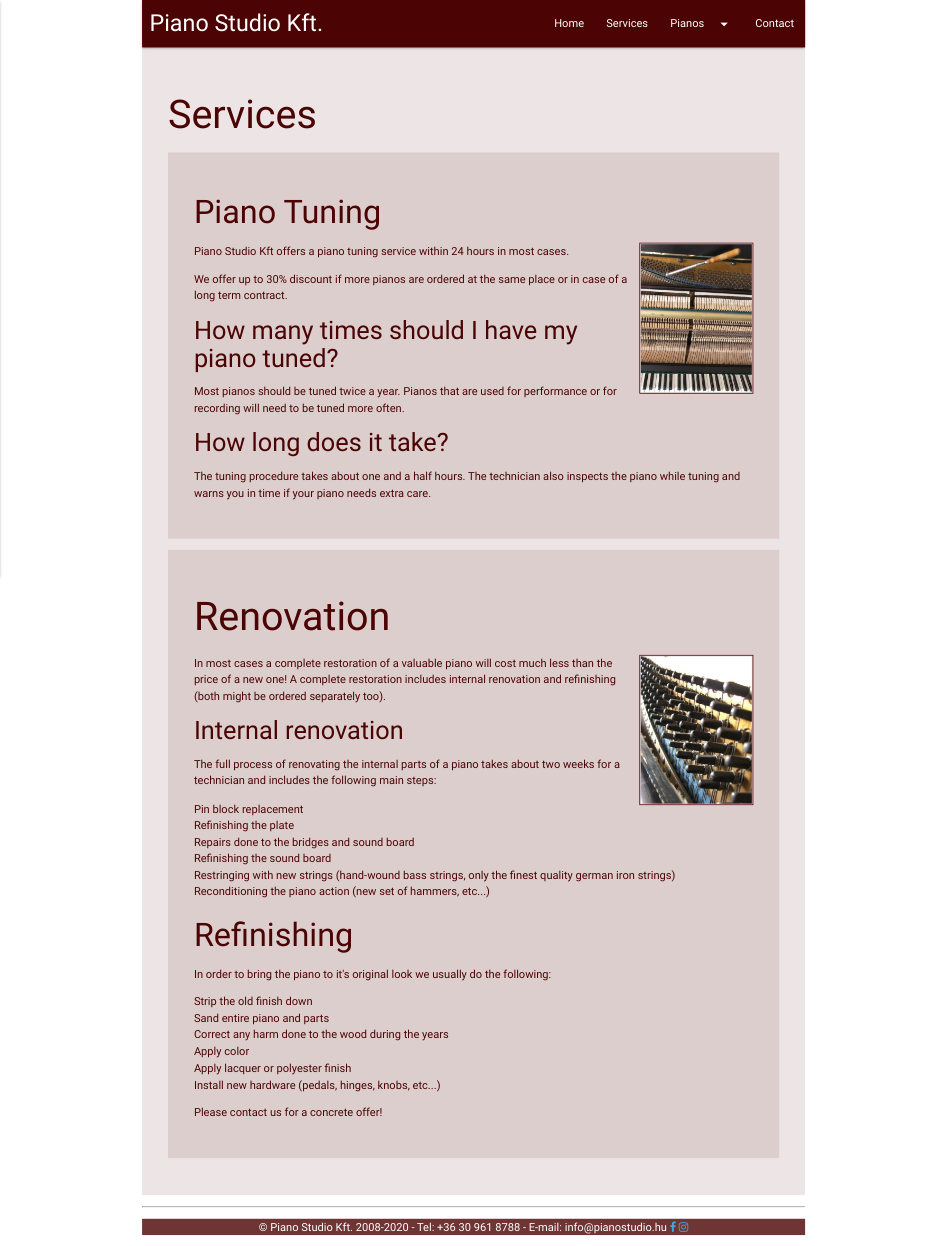
Repository: badiattila/pianostudioheroku
Page: http://localhost/services
The author's editor kept a record of every edit. The page is drawn from the files as they stood at one moment, then again after the next edit.
The browser window is 1280 px wide. The pictures show the whole page, at 74% of full size.
Some web libraries are served in a nearby version. The page is served by the project's application, run on Flask 3 (app.py).

Above is the page before.

### templates/services.html
{% extends 'base.html' %} {% block content %}

<!-- Services -->
<div class="op" id="services">
    <h2>Services</h2>
    <p></p>

    <div>
        <div class="op" id="tuning">
            <h3>Piano Tuning</h3>
            <img class="right-teaser" src="{{url_for('static', filename='pictures/hangolas.jpg')}}" alt="Piano Tuning" />
            <p>Piano Studio Kft offers a piano tuning service within 24 hours in most cases.</p>

            <p>We offer up to 30% discount if more pianos are ordered at the same place or in case of a long term contract.</p>

            <h4>How many times should I have my piano tuned?</h4>
            <p>Most pianos should be tuned twice a year. Pianos that are used for performance or for recording will need to be tuned more often.</p>

            <h4>How long does it take?</h4>
            <p>The tuning procedure takes about one and a half hours. The technician also inspects the piano while tuning and warns you in time if your piano needs extra care.</p>
        </div>
        <div class="op" id="renovation">
            <h2>Renovation</h2>
            <img class="right-teaser" src="{{url_for('static', filename='pictures/pins.jpg')}}" alt="Piano Pins" />
            <p>In most cases a complete restoration of a valuable piano will cost much less than the price of a new one! A complete restoration includes internal renovation and refinishing (both might be ordered separately too).</p>

            <h4>Internal renovation</h4>
            <p>The full process of renovating the internal parts of a piano takes about two weeks for a technician and includes the following main steps:</p>
            <ul>
                <li>Pin block replacement</li>
                <li>Refinishing the plate</li>
                <li>Repairs done to the bridges and sound board</li>
                <li>Refinishing the sound board</li>
                <li>Restringing with new strings (hand-wound bass strings, only the finest quality german iron strings)</li>
                <li>Reconditioning the piano action (new set of hammers, etc...)</li>
            </ul>
            <h3>Refinishing</h3>
            <p>In order to bring the piano to it's original look we usually do the following:</p>
            <ul>
                <li>Strip the old finish down</li>
                <li>Sand entire piano and parts</li>
                <li>Correct any harm done to the wood during the years</li>
                <li>Apply color</li>
                <li>Apply lacquer or polyester finish</li>
                <li>Install new hardware (pedals, hinges, knobs, etc...)</li>
            </ul>
            <p>Please contact us for a concrete offer!</p>
        </div>
    </div>
</div>
<hr> {% endblock %}

### templates/base.html
<!DOCTYPE html>

<html lang="en">

<head>

    <!-- Meta tags -->
    <meta charset="utf-8">
    <!-- Font awsome -->
    <link rel="stylesheet" href="https://maxcdn.bootstrapcdn.com/font-awesome/4.7.0/css/font-awesome.min.css" type="text/css" />
    <!-- Hover -->
    <link rel="stylesheet" href="https://cdnjs.cloudflare.com/ajax/libs/hover.css/2.1.1/css/hover-min.css" type="text/css" />
    <!-- Material icons by Google -->
    <link href="https://fonts.googleapis.com/icon?family=Material+Icons" rel="stylesheet">
    <!-- Compiled and minified materialize CSS -->
    <link rel="stylesheet" href="https://cdnjs.cloudflare.com/ajax/libs/materialize/0.100.2/css/materialize.min.css">
    <!-- Specific Css for this website -->
    <link rel="stylesheet" href="{{url_for('static', filename='css/style.css')}}" type="text/css" />

    <title>Piano Studio Kft. - Services - </title>
    <link href="{{url_for('static', filename='pictures/favicon.ico')}}" rel="shortcut icon" type="image/x-icon" />
    <meta name="description" content="Piano rental, tuning and repair - Piano Studio Kft." />
    <meta name="keywords" content="Piano rental,piano tuning,piano repair,piano studio" />
    <meta name="copyright" content="Piano Studio Kft." />
    <meta name="author" content="Attila Badi/Piano Studio Kft." />
    <meta name="email" content="info@pianostudio.hu" /> {% block head %} {% endblock %}


</head>

<body>
    <div class="container">
        <header>
            <ul id="dropdown2" class="dropdown-content">
                <li><a href="{{url_for('pianos_for_sale')}}">Sale</a></li>
                <li><a href="{{url_for('createadd')}}">Create Add</a></li>
            </ul>
            <nav>
                <div class="nav-wrapper redbg">
                    <a href="{{url_for('index')}}" class="brand-logo">Piano Studio Kft.</a>
                    <a href="#" data-activates="mobile-demo" class="button-collapse"><i class="material-icons">menu</i></a>
                    <ul id="nav-mobile" class="right hide-on-med-and-down">
                        <li><a href="{{url_for('index')}}">Home</a></li>
                        <li><a href="{{url_for('services')}}">Services</a></li>
                        <!-- Dropdown Trigger -->
                        <li><a class="dropdown-trigger" href="#!" data-target="dropdown2">Pianos<i class="material-icons right">arrow_drop_down</i></a></li>

                        <li><a href="{{url_for('contact')}}">Contact</a></li>
                    </ul>
                    <ul class="side-nav" id="mobile-demo">
                        <li><a href="{{url_for('index')}}">Home</a></li>
                        <li><a href="{{url_for('services')}}">Services</a></li>
                        <li><a href="{{url_for('pianos_for_sale')}}">Sale</a></li>
                        <li><a href="{{url_for('createadd')}}">Create Add</a></li>
                        <li><a href="{{url_for('contact')}}">Contact</a></li>
                    </ul>
                </div>
            </nav>

        </header>
        {% block content %} {% endblock %}

        <footer class="footer redbg">
            <p>&copy; Piano Studio Kft. 2008-2020 - Tel: +36 30 961 8788 - E-mail: info@pianostudio.hu
                <a target="_blank" href="https://www.facebook.com/zongoraterem"><i class="fa fa-facebook" aria-hidden="true"></i></a>
                <a target="_blank" href="https://www.instagram.com/pianostudiokft"><i class="fa fa-instagram" aria-hidden="true"></i></a>
            </p>
        </footer>
    </div>

    <script src="https://code.jquery.com/jquery-3.4.1.min.js" integrity="sha256-CSXorXvZcTkaix6Yvo6HppcZGetbYMGWSFlBw8HfCJo=" crossorigin="anonymous"></script>
    <script src="https://cdnjs.cloudflare.com/ajax/libs/materialize/0.100.2/js/materialize.min.js"></script>

    <script>
        $(document).ready(function() {
            $('.modal').modal();
            $('.dropdown-trigger').dropdown();
            $('.collapsible').collapsible();
            $('select').material_select();
            $('.button-collapse').sideNav();
        });
    </script>

</body>

</html>

### app.py
import os
from flask import Flask, render_template, redirect, request, url_for
from flask_pymongo import PyMongo
from bson.objectid import ObjectId
from flask_mail import Mail, Message

app = Flask(__name__)

app.config["MONGO_DBNAME"] = 'piano_studio'
app.config["MONGO_URI"] = 'mongodb://attilabadi:K00nK00n1234@mycodeinstitutecluster-shard-00-00-wpsfr.mongodb.net:27017,mycodeinstitutecluster-shard-00-01-wpsfr.mongodb.net:27017,mycodeinstitutecluster-shard-00-02-wpsfr.mongodb.net:27017/piano_studio?ssl=true&replicaSet=MyCodeInstituteCluster-shard-0&authSource=admin&retryWrites=true&w=majority'
mongo = PyMongo(app)

app.config.update(
	DEBUG=True,
	#EMAIL SETTINGS
	MAIL_SERVER='mail.pianostudio.hu',
	MAIL_PORT=465,
	MAIL_USE_SSL=True,
	MAIL_USERNAME = 'contact@pianostudio.hu',
	MAIL_PASSWORD = os.environ.get('SMTPPW')
	)
mail = Mail(app)

@app.route('/')
@app.route('/index')
def index():
        return render_template("index.html")

@app.route('/contact')
def contact():
        return render_template("contact.html")

@app.route('/services')
def services():
        return render_template("services.html")

@app.route('/pianos_for_sale')
def pianos_for_sale():
        return render_template("pianos_for_sale.html", pianos=mongo.db.pianos_4_sale.find(), images=mongo.db.pianos_4_sale.find())

@app.route('/createadd')
def createadd():
        return render_template("create_add.html")

@app.route('/insert_add', methods=['POST'])
def insert_add():
        file_id = mongo.save_file(request.files['picture'].filename, request.files['picture'])
        mongo.db.pianos_4_sale.insert({
            'brand': request.form.get('brand') ,
            'description' : request.form.get('description') ,
            'age' : request.form.get('age') ,
            'price' : request.form.get('price') ,
            'file_name' : request.files['picture'].filename})
        return redirect(url_for('pianos_for_sale'))

@app.route('/file/<file_name>')
def file(file_name):
    return mongo.send_file(file_name)

@app.route('/delete_piano/<piano_id>')
def delete_piano(piano_id):
    mongo.db.pianos_4_sale.remove({'_id': ObjectId(piano_id)})
    return redirect(url_for('pianos_for_sale'))

@app.route('/edit_piano/<piano_id>')
def edit_piano(piano_id):
    return render_template('edit_piano.html', piano=mongo.db.pianos_4_sale.find_one({"_id": ObjectId(piano_id)}))


@app.route('/update_piano/<piano_id>', methods=['POST'])
def update_piano(piano_id):
    file_id = mongo.save_file(request.files['picture'].filename, request.files['picture'])
    mongo.db.pianos_4_sale.update( {'_id': ObjectId(piano_id)},
    {
            'brand': request.form.get('brand') ,
            'description' : request.form.get('description') ,
            'age' : request.form.get('age') ,
            'price' : request.form.get('price') ,
            'file_name' : request.files['picture'].filename
    })
    return redirect(url_for('pianos_for_sale'))

@app.route('/send_mail/', methods=['POST'])
def send_mail():
	try:
		msg = Message("Contact form mail from pianostudio",
		  sender=request.form.get('user_email'),
		  recipients=["attila.badi@gmail.com"])
		msg.body = request.form.get('message')
		mail.send(msg)
		return 'Mail sent!'
	except:
		return "Something went wrong"

if __name__ == '__main__':
    app.run(host=os.environ.get('IP'),
        port=int(os.environ.get('PORT')),
        debug=True)

### static/css/style.css
.left {
  float: left;
}

.right {
  float: right;
}

/* Picture formatting for gallery and teaser pictures */

.right-teaser {
  padding: 1px;
  border: 1px solid #4c0303;
  float: right;
  margin: 0 0 1em 1em;
  width: 12vw;
}

.galery-pic {
  padding: 1px;
  border: 1px solid #4c0303;
  margin: 0 0 1em 1em;
  width: 12vw;
}

.btn_small {
  height: 24px;
  width: 60px;
  line-height: 24px;
  margin: 5px 5px;
  padding: 0 0.5em;
}

.btn_mid {
  height: 24px;
  width: 120px;
  line-height: 24px;
  margin: 5px 5px;
  padding: 0 0.5em;
}

.footer {
  color: white;
  opacity: 0.8;
  filter: alpha(opacity=80);
  text-align: center;
}

.redbg {
  background-color: #4c0303;
}

.nav-wrapper {
  padding-left: 10px;
}

/* Opacity classes for different elements */

.op {
  background: rgba(76, 3, 3, 0.1);
  /*background with 30% opacity */
  color: rgba(76, 3, 3);
  padding: 35px;
  margin-bottom: 15px;
}

.dropdown-content {
  width: max-content !important;
  height: auto !important;
}

/* ID based background behaviour */
#intro {
    background-attachment: scroll;
    background-image: url('../pictures/4k-wallpaper-close-up-fingers-1246437.jpg');
    background-position: center;
    background-size: cover;
    width: 100vw;
    background-repeat: no-repeat;
    position: relative;
}

After the next edit:
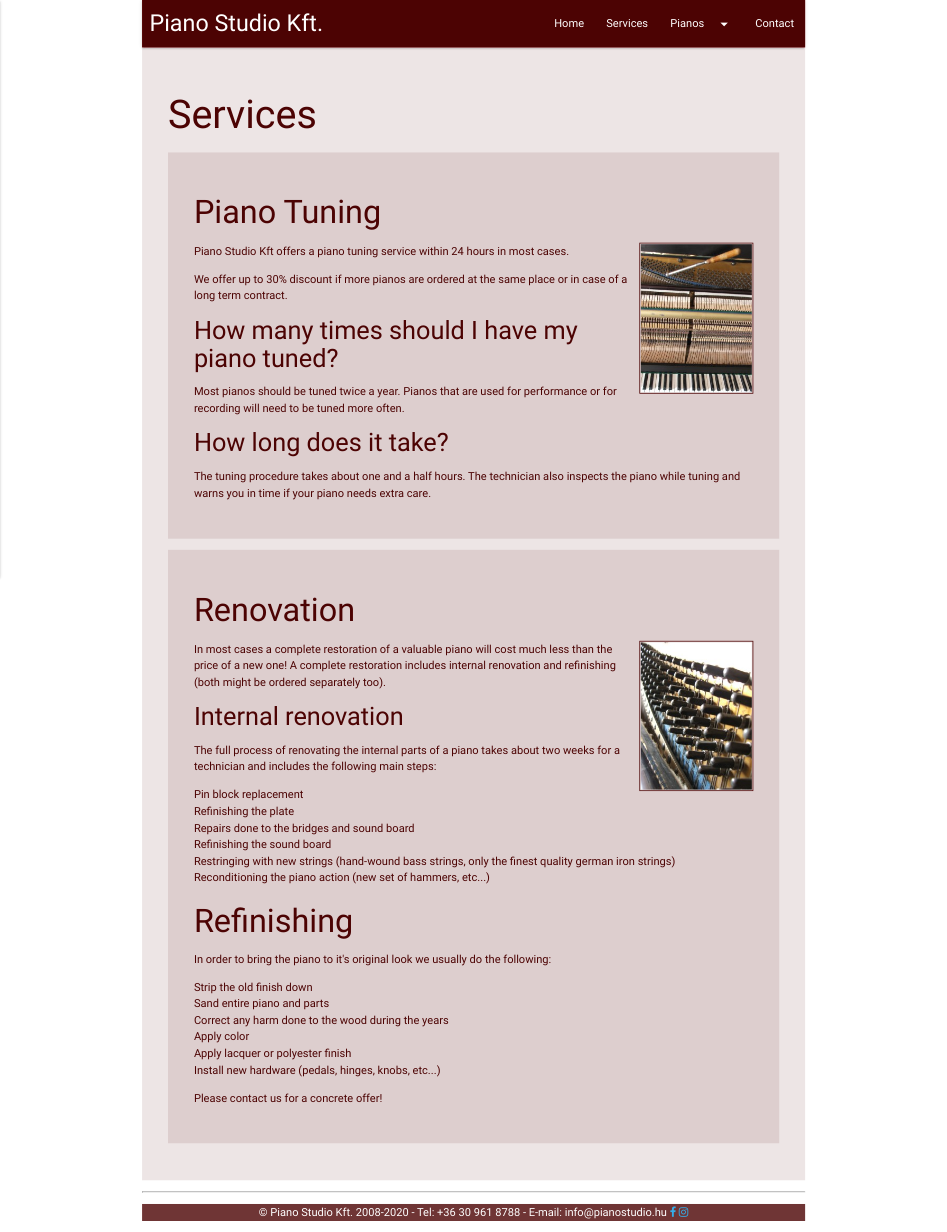
The edit:
--- a/templates/services.html
+++ b/templates/services.html
@@ -20,7 +20,7 @@
             <p>The tuning procedure takes about one and a half hours. The technician also inspects the piano while tuning and warns you in time if your piano needs extra care.</p>
         </div>
         <div class="op" id="renovation">
-            <h2>Renovation</h2>
+            <h3>Renovation</h3>
             <img class="right-teaser" src="{{url_for('static', filename='pictures/pins.jpg')}}" alt="Piano Pins" />
             <p>In most cases a complete restoration of a valuable piano will cost much less than the price of a new one! A complete restoration includes internal renovation and refinishing (both might be ordered separately too).</p>
 
